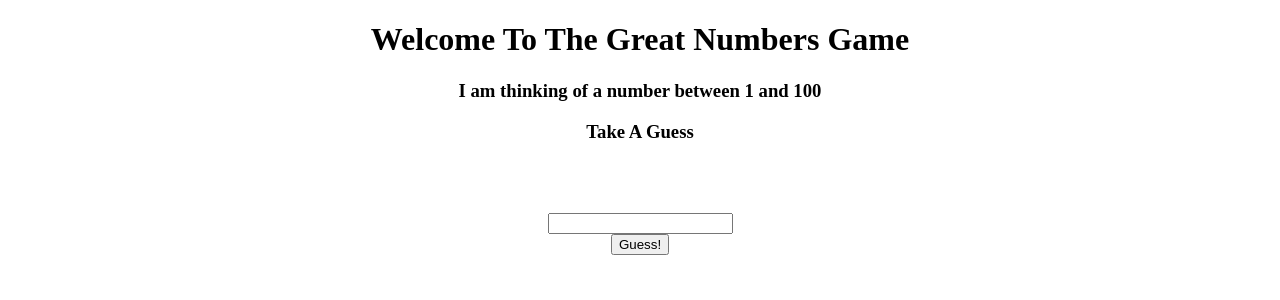
Repository: a-rydzak/Java
Page: http://localhost/GNumbers/Home
An editor plug-in stored every save of this project. The page is shown before and after the next save, followed by the edit.
The browser window is 1280 px wide. The pictures show the whole page.
The page is served by Tomcat 9. Other server files are loaded and not shown.

Above is the page before, as saved 2019-07-15 14:10:30.

### Java MVC/Great Number Game/GNumbers/WebContent/WEB-INF/views/Home.jsp
<%@ taglib prefix="c" uri="http://java.sun.com/jsp/jstl/core" %>
<%@ page language="java" contentType="text/html; charset=UTF-8"
    pageEncoding="UTF-8"%>
<%@ taglib prefix="c" uri="http://java.sun.com/jsp/jstl/core" %>
<!DOCTYPE html>
<html>
<head>
	<meta charset="ISO-8859-1">
	<title>Great Number Game</title>
	<style><%@include file="/WEB-INF/css/Home.css"%></style>
</head>
<body>

	<div id="container">
		<h1>Welcome To The Great Numbers Game</h1>
		<h3>I am thinking of a number between 1 and 100</h3>
		<h3>Take A Guess</h3>

	<div id="resultContainer">
	<c:choose>
	   <c:when test="${result =='high'}"><h1 class="incorrect">Too High</h1></c:when>
	   <c:when test="${result =='low'}"><h1 class="incorrect">Too Low</h1></c:when>
	   <c:when test="${result =='correct'}" ><h1 id="correct">You Got It!</h1></c:when>
	   <c:otherwise><h1></h1></c:otherwise>
	</c:choose>
	</div>

		<div id="submitForm">
	      <form name="submitForm" method="POST" action="Guess">
	         <input type="number" name="guess" required>
	         <br>
	         <input type = "submit" value = "Guess!" />
	      </form>
		</div>
	</div>

</body>
</html>

### Java MVC/Great Number Game/GNumbers/WebContent/WEB-INF/css/Home.css
@charset "ISO-8859-1";

#container{
	width:100%;
	text-align:center;
}

#resultContainer{
	width:100%;
	align-content:center;
	text-align:center;
}

.incorrect{
	margin-top:20px;
	margin-bottom:20px;
	vertical-align:middle;
	margin:auto;
	width:100px;
	height:100px;
	background-color: red;
}

#correct{
	margin-top:20px;
	margin-bottom:20px;
	vertical-align:middle;
	margin:auto;
	width:100px;
	height:100px;
	background-color: green;
}

#submitForm{
	margin-top:30px;
}

### Java MVC/Great Number Game/GNumbers/src/com/andrew/rydzak/web/controllers/Home.java
package com.andrew.rydzak.web.controllers;

import java.io.IOException;

import javax.servlet.RequestDispatcher;
import javax.servlet.ServletException;
import javax.servlet.annotation.WebServlet;
import javax.servlet.http.HttpServlet;
import javax.servlet.http.HttpServletRequest;
import javax.servlet.http.HttpServletResponse;
import javax.servlet.http.HttpSession;
import com.andrew.rydzak.web.models.Number;
/**
 * Servlet implementation class Home
 */
@WebServlet("/Home")
public class Home extends HttpServlet {
	private static final long serialVersionUID = 1L;

    /**
     * @see HttpServlet#HttpServlet()
     */
    public Home() {
        super();
        // TODO Auto-generated constructor stub
    }

	/**
	 * @see HttpServlet#doGet(HttpServletRequest request, HttpServletResponse response)
	 */
	protected void doGet(HttpServletRequest request, HttpServletResponse response) throws ServletException, IOException {
		HttpSession session = request.getSession();
		Integer number = (Integer) session.getAttribute("number");

		if(number == null) {
			Number random = new Number();
			int randNum = random.getNumber();
			session.setAttribute("number", randNum);
			session.setAttribute("result", "none");
		}

		request.setAttribute("result", session.getAttribute("result"));
		System.out.println(session.getAttribute("result"));
        RequestDispatcher view = request.getRequestDispatcher("/WEB-INF/views/Home.jsp");
        view.forward(request, response);
	}

	/**
	 * @see HttpServlet#doPost(HttpServletRequest request, HttpServletResponse response)
	 */
	protected void doPost(HttpServletRequest request, HttpServletResponse response) throws ServletException, IOException {
		// TODO Auto-generated method stub
		doGet(request, response);
	}

}

### Java MVC/Great Number Game/GNumbers/src/com/andrew/rydzak/web/models/Number.java
package com.andrew.rydzak.web.models;

public class Number {

	private int number;

	public Number() {
		this.number = this.setNumber();
	}

	private int setNumber() {
		int num = (int) (Math.floor(Math.random() * 10) + 1);
		return num;
	}

	public int getNumber() {
		return this.number;
	}

}

After the next save:
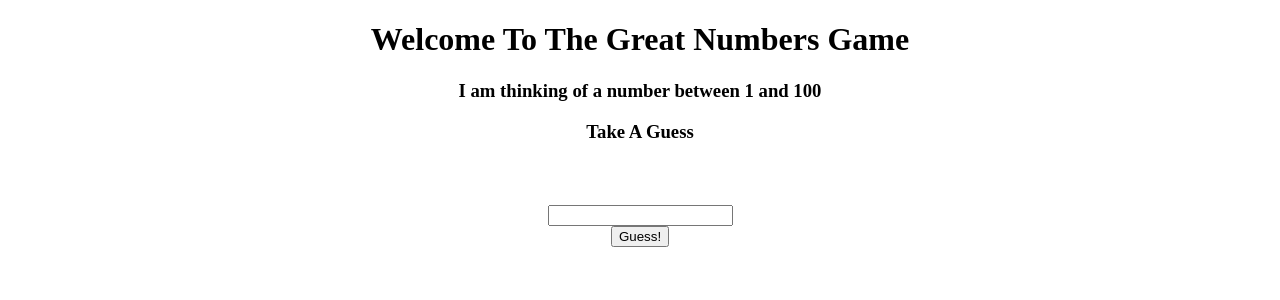
Saved 13 s later.
--- a/Java MVC/Great Number Game/GNumbers/WebContent/WEB-INF/css/Home.css
+++ b/Java MVC/Great Number Game/GNumbers/WebContent/WEB-INF/css/Home.css
@@ -32,5 +32,5 @@
 }
 
 #submitForm{
-	margin-top:30px;
+	margin-top:22px;
 }
